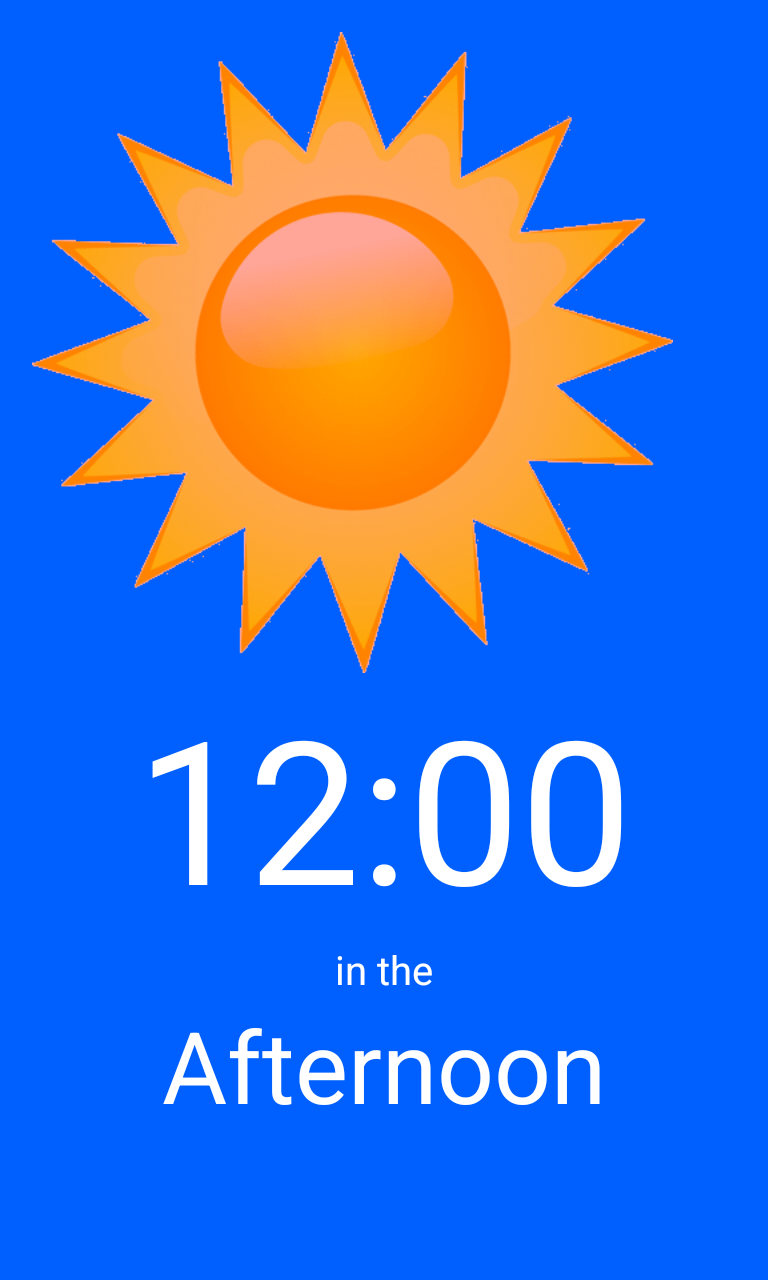
Repository: DinkyDetailsLLC/ADP2
Layout: WakeTimerforKids/res/layout/activity_main.xml
An editor plug-in stored every save of this project. The layout is shown before and after the next save, followed by the edit.
It is drawn on a 768 x 1280 px phone screen (xhdpi) without system bars, with theme AppTheme; the app's code is not run.

Above is the layout before, as saved 2014-02-12 05:59:50.

### WakeTimerforKids/res/layout/activity_main.xml
<RelativeLayout xmlns:android="http://schemas.android.com/apk/res/android"
    xmlns:tools="http://schemas.android.com/tools"
    android:layout_width="match_parent"
    android:layout_height="match_parent"
    android:background="@color/blue"
    android:paddingBottom="@dimen/activity_vertical_margin"
    android:paddingLeft="@dimen/activity_horizontal_margin"
    android:paddingRight="@dimen/activity_horizontal_margin"
    android:paddingTop="@dimen/activity_vertical_margin"
    tools:context=".MainActivity" >

    	<ImageView
    	android:id="@+id/dayNightImage"
      	android:layout_width="wrap_content"
      	android:layout_height="wrap_content"
      	android:tint="#55ff0000"
     	 android:src="@drawable/sun"/>



        <TextClock
        android:id="@+id/textclock1"
        android:layout_width="wrap_content"
        android:layout_height="wrap_content"
        android:layout_centerHorizontal="true"
        android:layout_below="@id/dayNightImage"

        android:textColor="@color/white"
        android:textSize="100sp"
        android:format12Hour="h:mm"
        android:text="@string/clock" />

        <TextView
        android:id="@+id/smallClockText"
        android:layout_width="wrap_content"
        android:layout_height="wrap_content"
        android:layout_below="@id/textclock1"
        android:layout_centerInParent="true"
        android:layout_marginTop="1dp"
        android:textColor="@color/white"
        android:textSize="20sp"
        android:text="@string/smallClockText"
        />
        <TextView
        android:id="@+id/largeClockText"
        android:layout_width="wrap_content"
        android:layout_height="wrap_content"
        android:layout_below="@id/smallClockText"
        android:layout_centerInParent="true"
        android:layout_marginTop="1dp"
        android:textColor="@color/white"
        android:textSize="50sp"
        android:text="@string/largeClockText"
        />


</RelativeLayout>

### WakeTimerforKids/res/values/color.xml
<?xml version="1.0" encoding="utf-8"?>
<resources>
   <color name="white">#ffffff</color>
   <color name="black">#000000</color>
   <color name="blue">#0060ff</color>

</resources>

### WakeTimerforKids/res/values/strings.xml
<?xml version="1.0" encoding="utf-8"?>
<resources>

    <string name="app_name">WakeTimerforKids</string>
    <string name="action_settings">Settings</string>
    <string name="hello_world">Hello world!</string>
 	<string name="clock">Clock</string>
 	<string name="smallClockText">in the</string>
 	<string name="largeClockText">Afternoon</string>

</resources>

Loaded but not shown: WakeTimerforKids/res/values/styles.xml (common file); WakeTimerforKids/res/values-v11/styles.xml (common file); WakeTimerforKids/res/values-v14/styles.xml (common file); WakeTimerforKids/res/values/dimens.xml (common file)

After the next save:
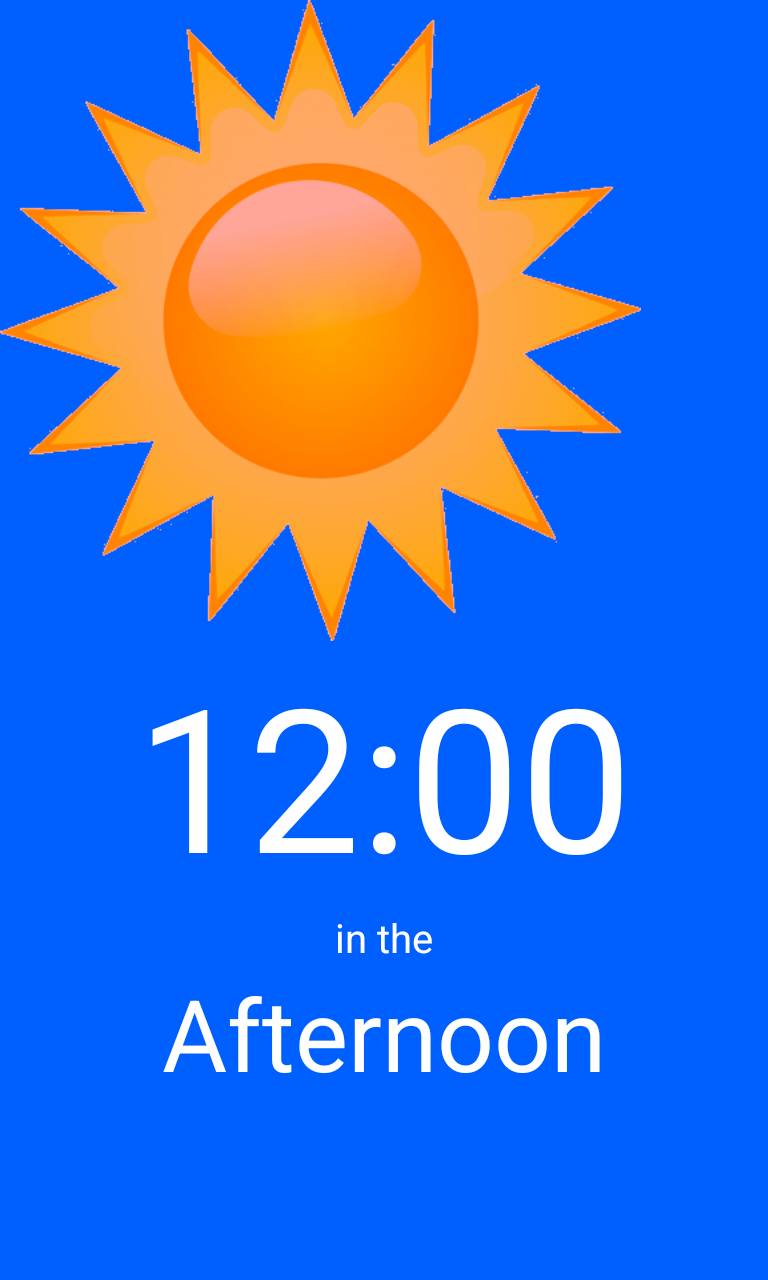
Saved 28 s later.
--- a/WakeTimerforKids/res/layout/activity_main.xml
+++ b/WakeTimerforKids/res/layout/activity_main.xml
@@ -3,10 +3,7 @@
     android:layout_width="match_parent"
     android:layout_height="match_parent"
     android:background="@color/blue"
-    android:paddingBottom="@dimen/activity_vertical_margin"
-    android:paddingLeft="@dimen/activity_horizontal_margin"
-    android:paddingRight="@dimen/activity_horizontal_margin"
-    android:paddingTop="@dimen/activity_vertical_margin"
+
     tools:context=".MainActivity" >
 
     	<ImageView
